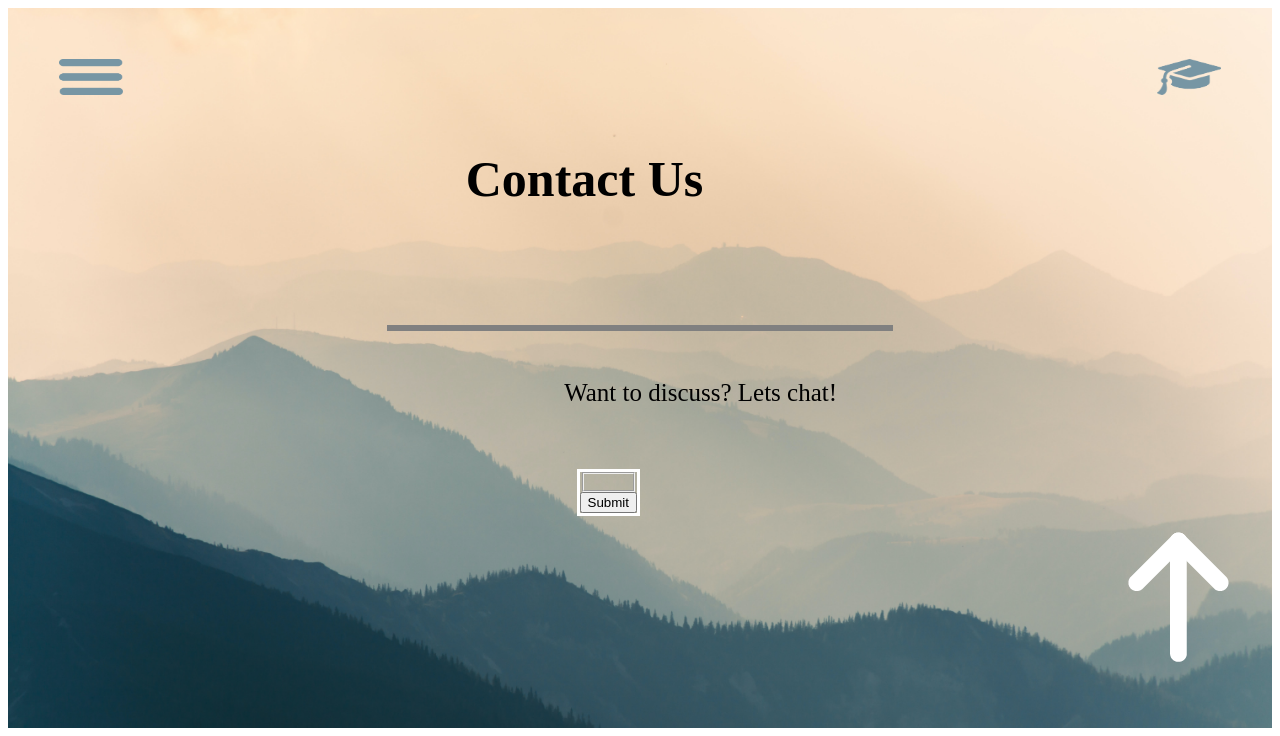
Repository: sierralaurent/MDIA2109-Assignment01
Page: /contact
The author's editor kept a copy of each file at every save. The page is drawn from the files as they stood at one save, then again after the next save.
The browser window is 1280 px wide. The pictures show the whole page.
The project was rebuilt for these pictures with package versions that can differ from the ones it lists, and the page was loaded fresh each time. The framework's server and built-in components were replaced by stand-ins that run in the browser. Also part of the build but not shown: next.config.js.

Above is the page before, as saved 2023-02-01 17:43:37.

After the next save:
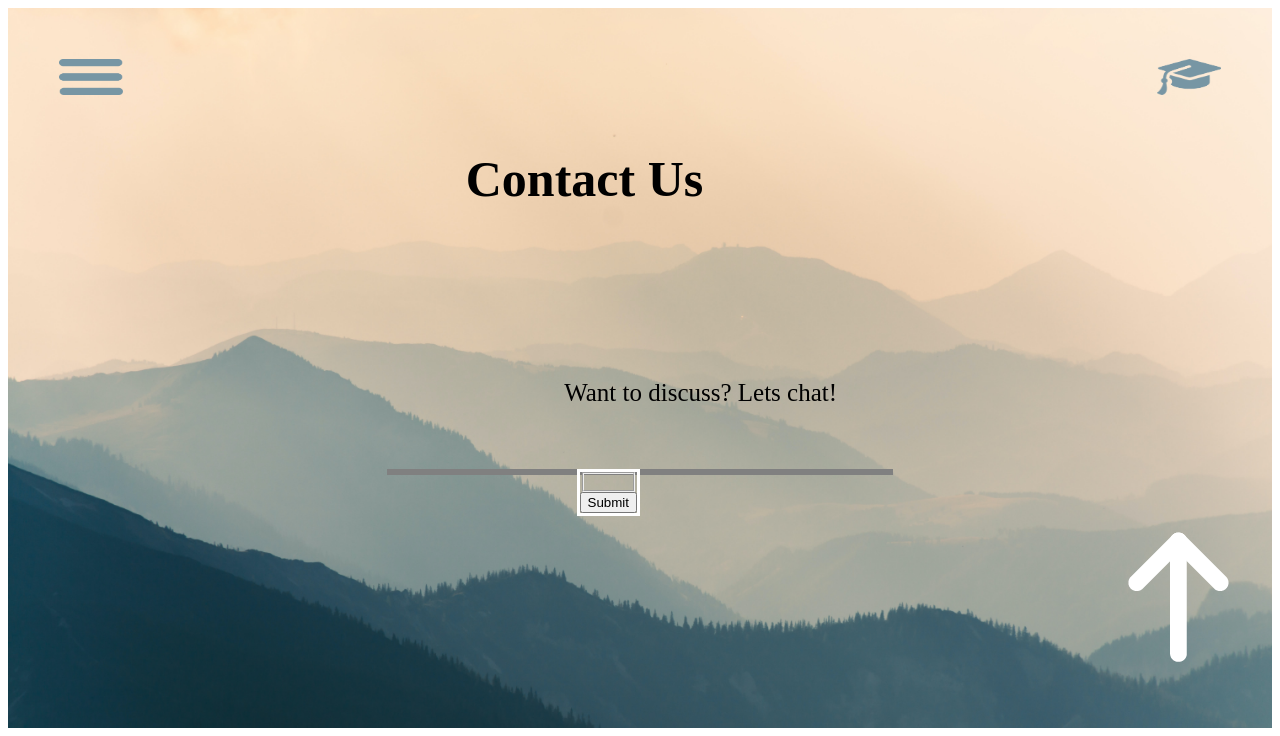
Saved 28 s later.
--- a/styles/Home.module.css
+++ b/styles/Home.module.css
@@ -47,6 +47,8 @@
 
 .middle2 {
   border: 3px solid gray;
+  position: relative;
+  top: 50%;
 }
 
 .field p {
